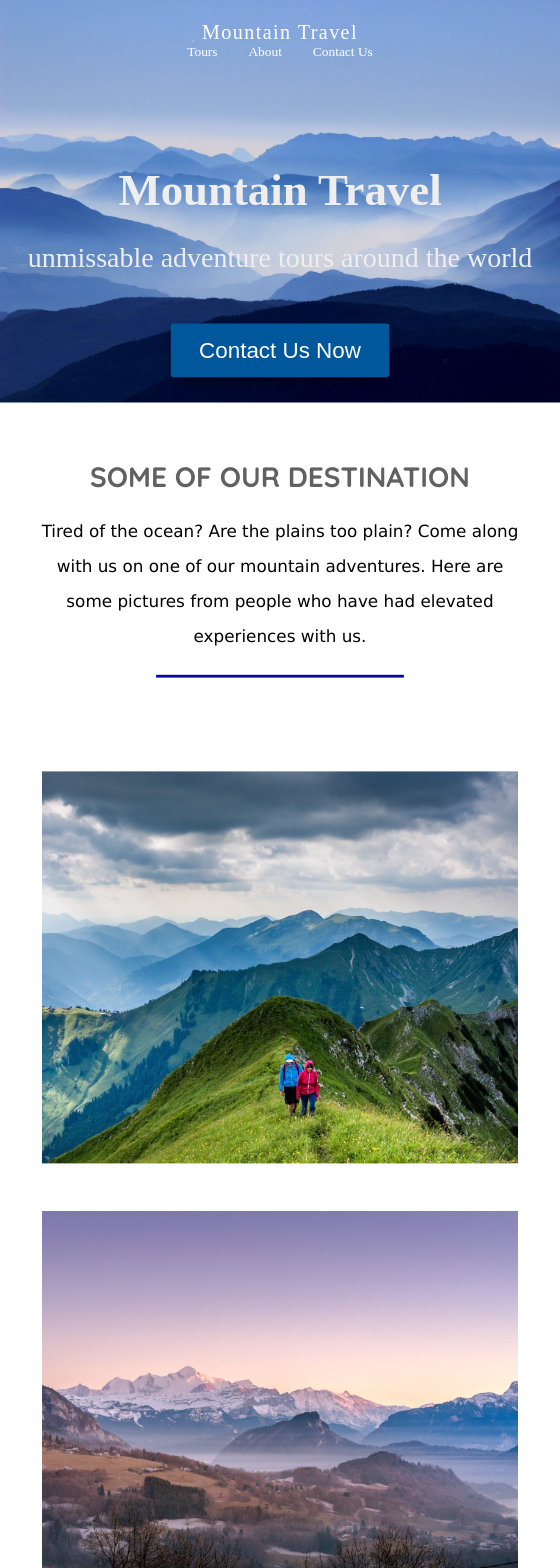
Repository: Einsteiniumeinsteinian/Advanced-CSS
Page: css-project-starter-code/index.html
An editor plug-in stored every save of this project. The page is shown before and after the next save, followed by the edit.
The browser window is 768 px wide. The page is 800 px wide, so the pictures cover 800 px, including what lies to the right of the window. The pictures show the part of the page from y = 0 to 2240 px (the page is 9086 px tall before and 9311 px after), at 70% of full size.
Some web libraries are served in a nearby version.

Above is the page before, as saved 2021-09-02 14:19:08.

After the next save:
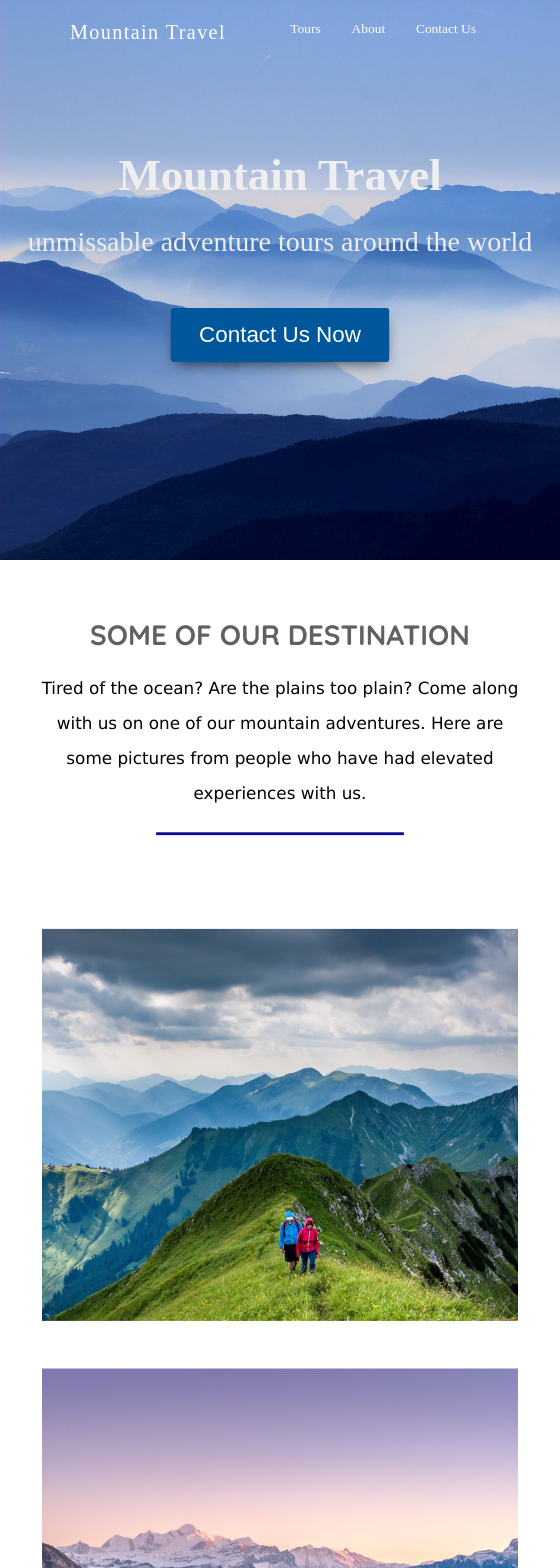
Saved 27 s later.
--- a/css-project-starter-code/assets/css/styles.css
+++ b/css-project-starter-code/assets/css/styles.css
@@ -13,18 +13,7 @@
     min-height: 100vh;
     margin-bottom: 10vh;
 }
-@media screen and (max-width: 800px) {
-    header{
-        min-height: 100%;
-    }
-    nav{
-        flex-direction: column;
-        align-items: center;
-        flex-basis: 200px;
-        justify-content: space-around;
-    }
-
-}
+
 nav{
     padding: 30px;
     padding-left: 100px;

After the save that followed:
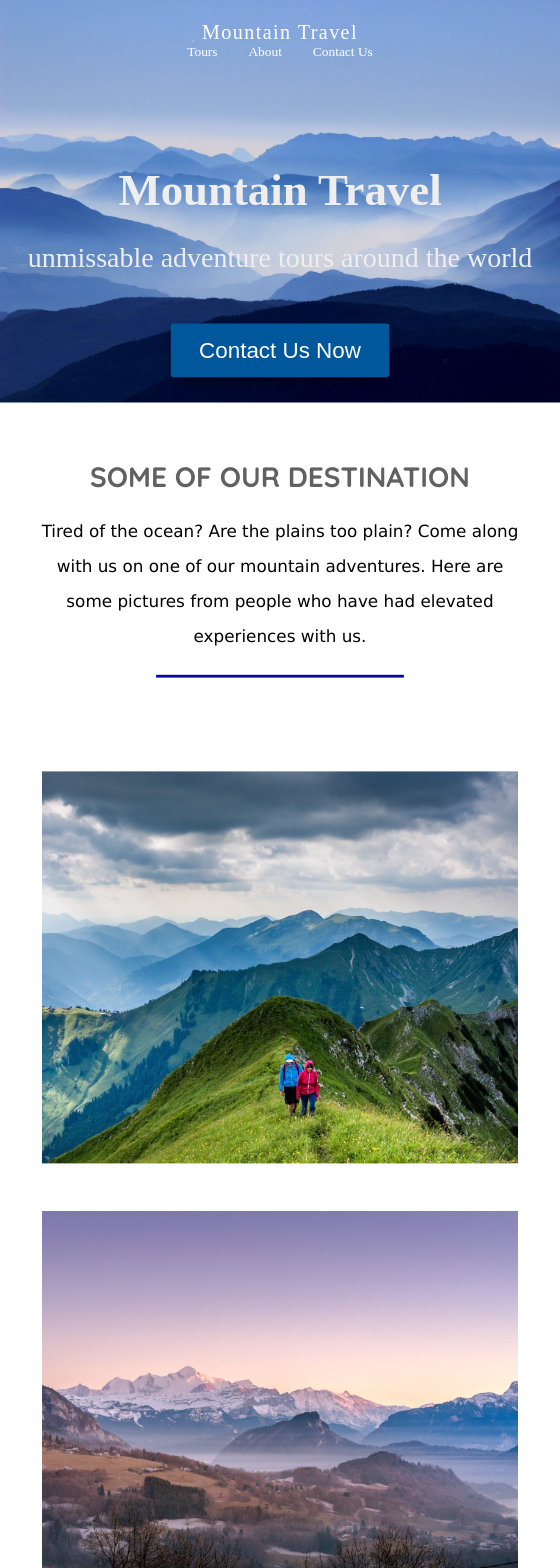
Saved 5 s later.
--- a/css-project-starter-code/assets/css/styles.css
+++ b/css-project-starter-code/assets/css/styles.css
@@ -43,6 +43,19 @@
     justify-content: center;
     align-items: center;
     color: #EEEEEE;
+}
+
+@media screen and (max-width: 800px) {
+    header{
+        min-height: 100%;
+    }
+    nav{
+        flex-direction: column;
+        align-items: center;
+        flex-basis: 200px;
+        justify-content: space-around;
+    }
+
 }
 
 /** Header-text-wrapping  */
